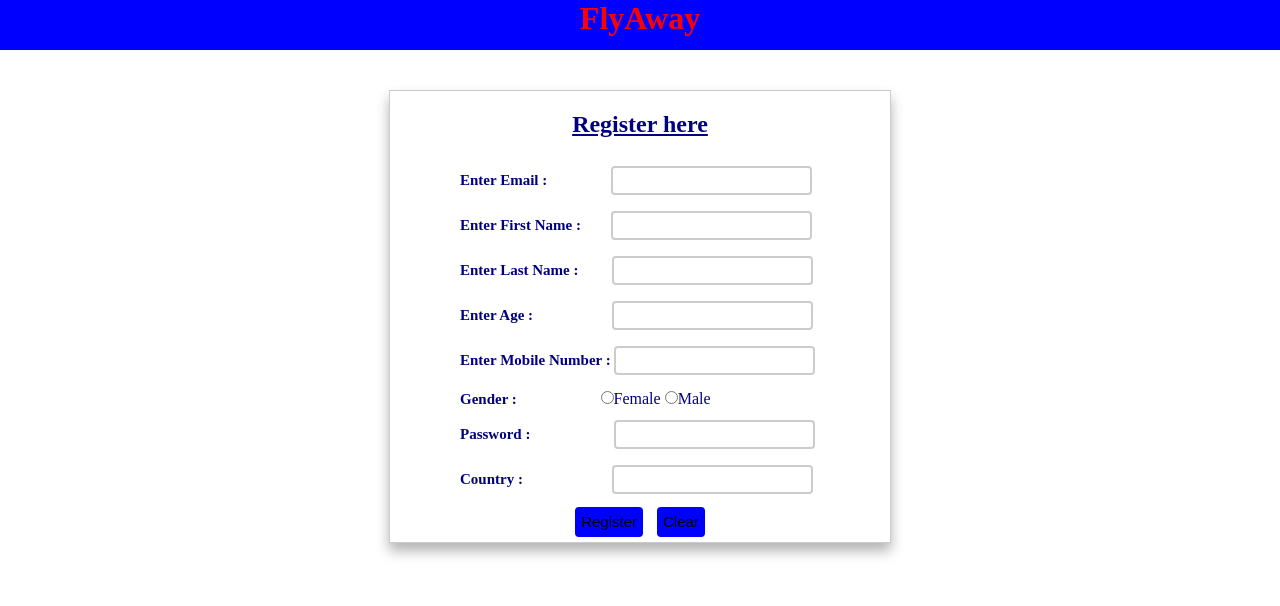
Repository: KartikMuchakandimath/Flyaway
Page: http://localhost/FlayAway/
An editor plug-in stored every save of this project. The page is shown before and after the next save, followed by the edit.
The browser window is 1280 px wide. The pictures show the whole page.
The page is served by Tomcat 9. Other server files are loaded and not shown.

Above is the page before, as saved 2022-04-22 19:49:06.

### FlayAway/src/main/webapp/Registration.jsp
<%@ page language="java" contentType="text/html; charset=ISO-8859-1"
    pageEncoding="ISO-8859-1"%>
<!DOCTYPE html>
<html>
<head>

<meta charset="ISO-8859-1">
<title>Register</title>
<style>
body{
margin : 0;
padding : 0;
}
.head{
background-color : #0000FF;
color : #FF0000;
height : 50px;
}
h1{
	margin: auto;
	font-family : "Times New Roman", Times, serif;
	text-align : center;
}
.register-box{
	margin :auto;
	margin-top : 40px;
	color: 	#000080;
	width : 500px;
	border : 1px solid #ccc;
	box-shadow : 0 8px 12px 0px rgba(0,0,0,0.3);
	positive : absolute;
}
label{
	font-weight : bold;
	padding-left: 70px ;
	font-size: 15px;

}
input{
	padding: 5px 10px;
  	margin: 8px 0;
  	display: inline-block;
  	border: 2px solid #ccc;
  	border-radius: 4px;
  	box-sizing: border-box;

}
button{
  	border-radius: 4px;
	border:none;
	height: 30px;
	display : inline-block;
	font-size : 15px;
	font-width : bold;
	background-color: rgb(0,0,255);
	margin : 5px;
}
</style>

</head>
<body>
<div class="head">
	<h1>FlyAway</h1>
</div>
<div class="register-box">
	<div>
	<h2><center><u>Register here</u></center></h2>
	</div>
	<div>
		<form action="Register" method="post">
			<label style="padding-right: 60px;">Enter Email : </label><input type="email" name="email" required="required"><br>
			<label style="padding-right: 30px;">Enter First Name :</label><input type="text" name="fname" required="required"><br>
			<label style="padding-right: 30px;">Enter Last Name : </label><input type="text" name="lname" required="required"><br>
			<label style="padding-right: 75px;">Enter Age : </label><input type="number" name="age" maxlength="2" required="required">	<br>
			<label>Enter Mobile Number : </label><input type="text" name="contact" maxlength="10" required="required"><br>
			<label style="padding-right: 80px;">Gender : </label><span><input type="radio" name="gender" value="female">Female
				    	<input type="radio" name="gender" value="Male">Male</span><br/>
		    <label style="padding-right: 80px;">Password : </label><input type="password" name="password"><br/>
			<label style="padding-right: 85px;">Country : </label><input type="text" name="country" required="required"><br>

			<center><button type="submit">Register</button>		    <button type="reset">Clear</button>	</center>

		</form>
	</div>
</div>
</body>
</html>

After the next save:
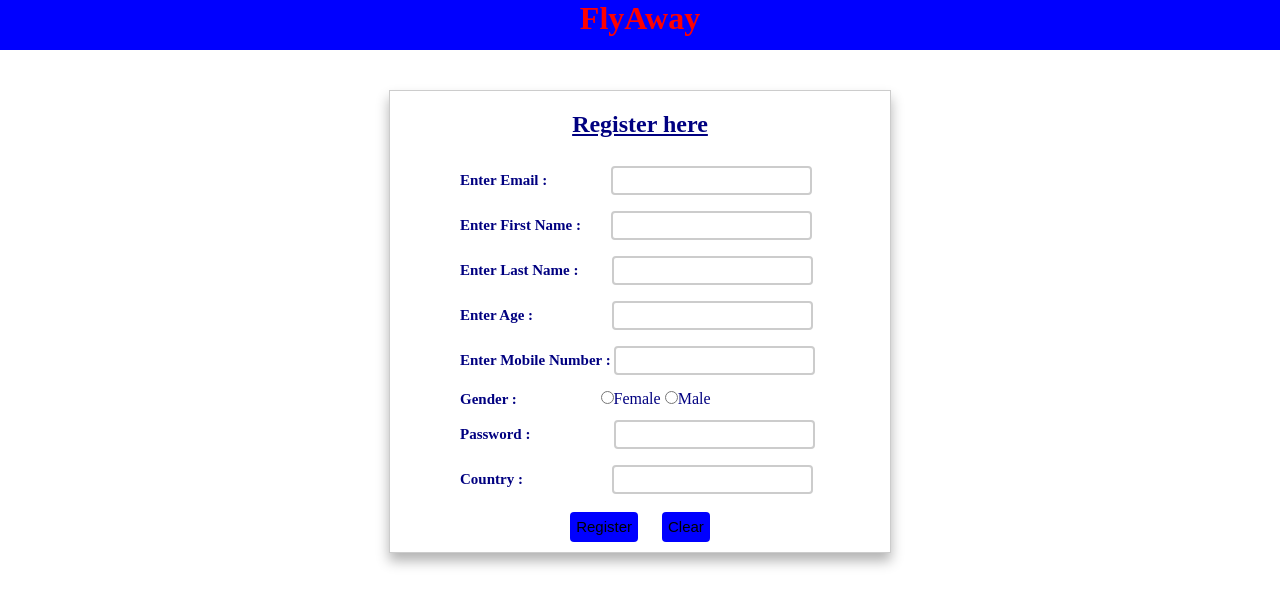
Saved 21 s later.
--- a/FlayAway/src/main/webapp/Registration.jsp
+++ b/FlayAway/src/main/webapp/Registration.jsp
@@ -53,7 +53,7 @@
 	font-size : 15px;
 	font-width : bold;
 	background-color: rgb(0,0,255);
-	margin : 5px;
+	margin : 10px;
 }
 </style>
 

After the save that followed:
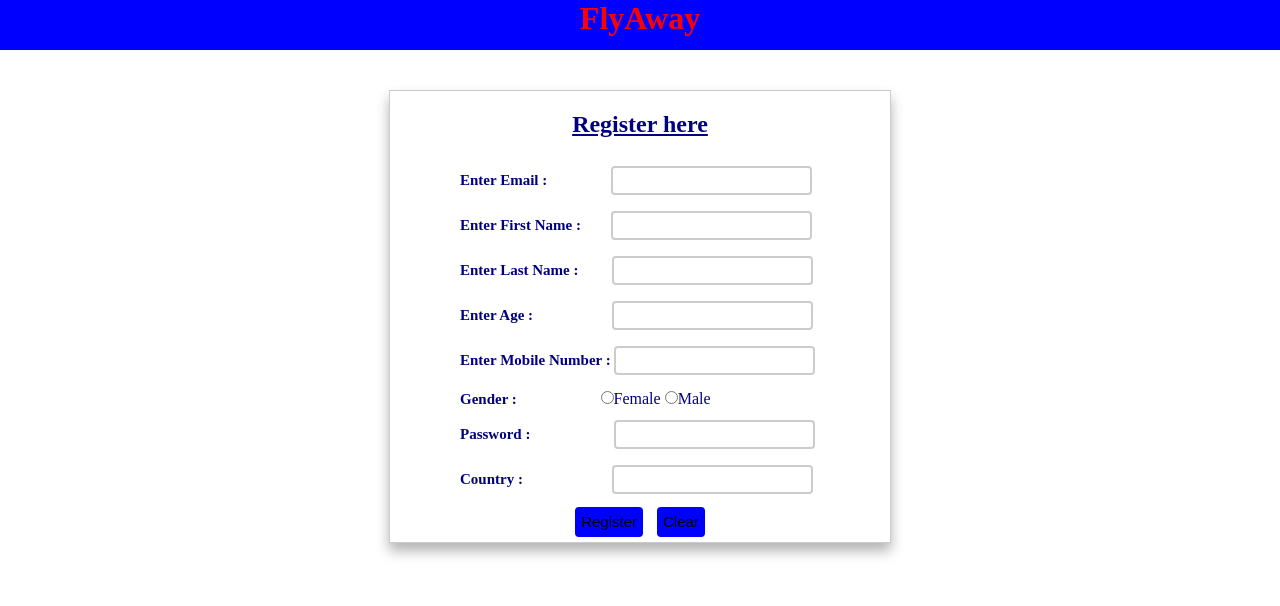
Saved 15 s later.
--- a/FlayAway/src/main/webapp/Registration.jsp
+++ b/FlayAway/src/main/webapp/Registration.jsp
@@ -53,7 +53,7 @@
 	font-size : 15px;
 	font-width : bold;
 	background-color: rgb(0,0,255);
-	margin : 10px;
+	margin : 5px;
 }
 </style>
 
